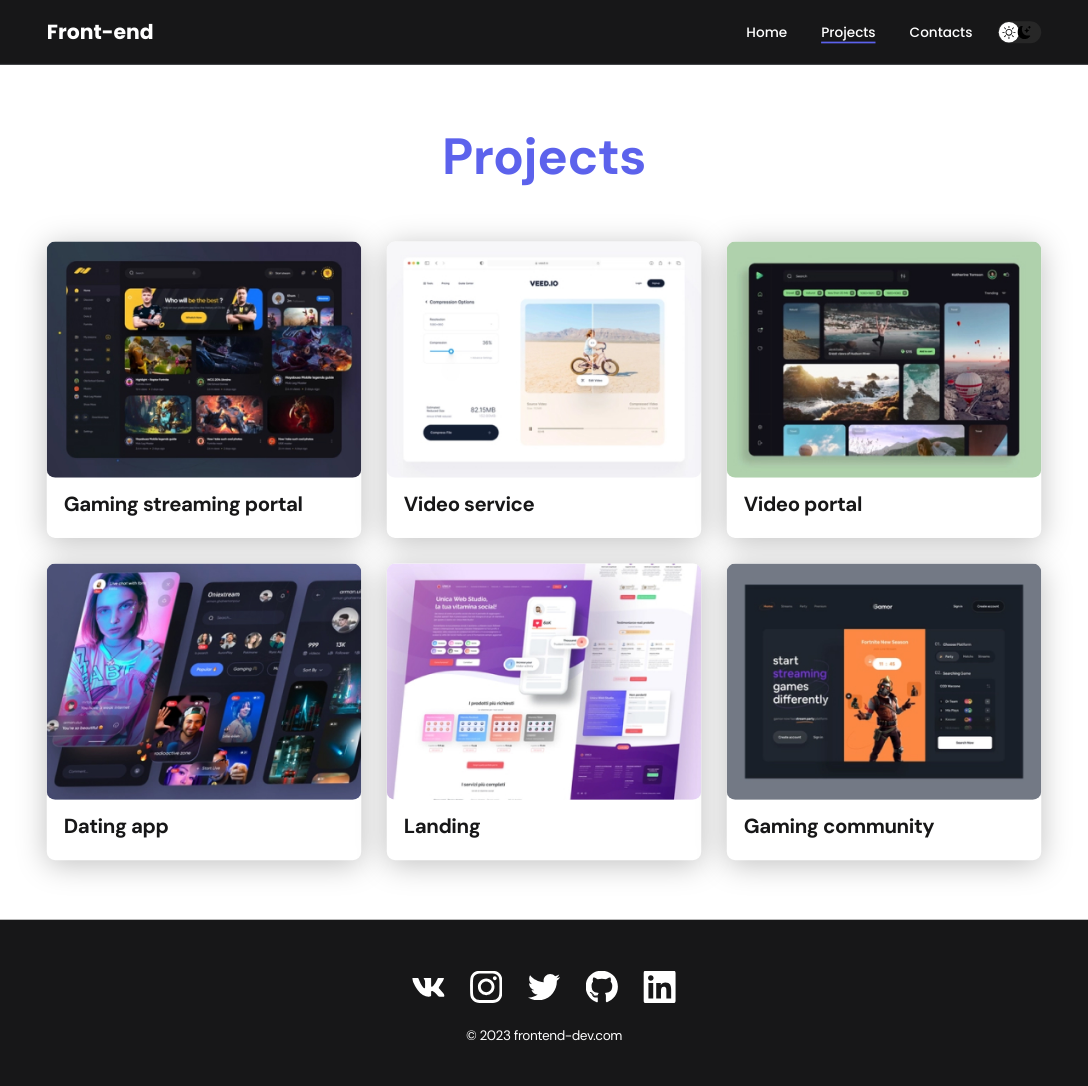
Repository: Azimich/profile
Page: /projects
The author's editor kept a copy of each file at every save. The page is drawn from the files as they stood at one save, then again after the next save.
The browser window is 1280 px wide. The pictures show the whole page, at 85% of full size.
The project was rebuilt for these pictures with package versions that can differ from the ones it lists, and the page was loaded fresh each time. Also part of the build but not shown: src/components/mainContacts/MainContacts.css, src/components/mainContacts/MockData.ts, src/components/mainContacts/MainContacts.tsx, src/pages/Contacts.tsx, src/components/button/Button.css, src/components/button/Button.tsx, src/components/header/Header.css, src/components/header/Header.tsx and 9 more.

Above is the page before, as saved 2023-01-31 22:44:36.

After the next save:
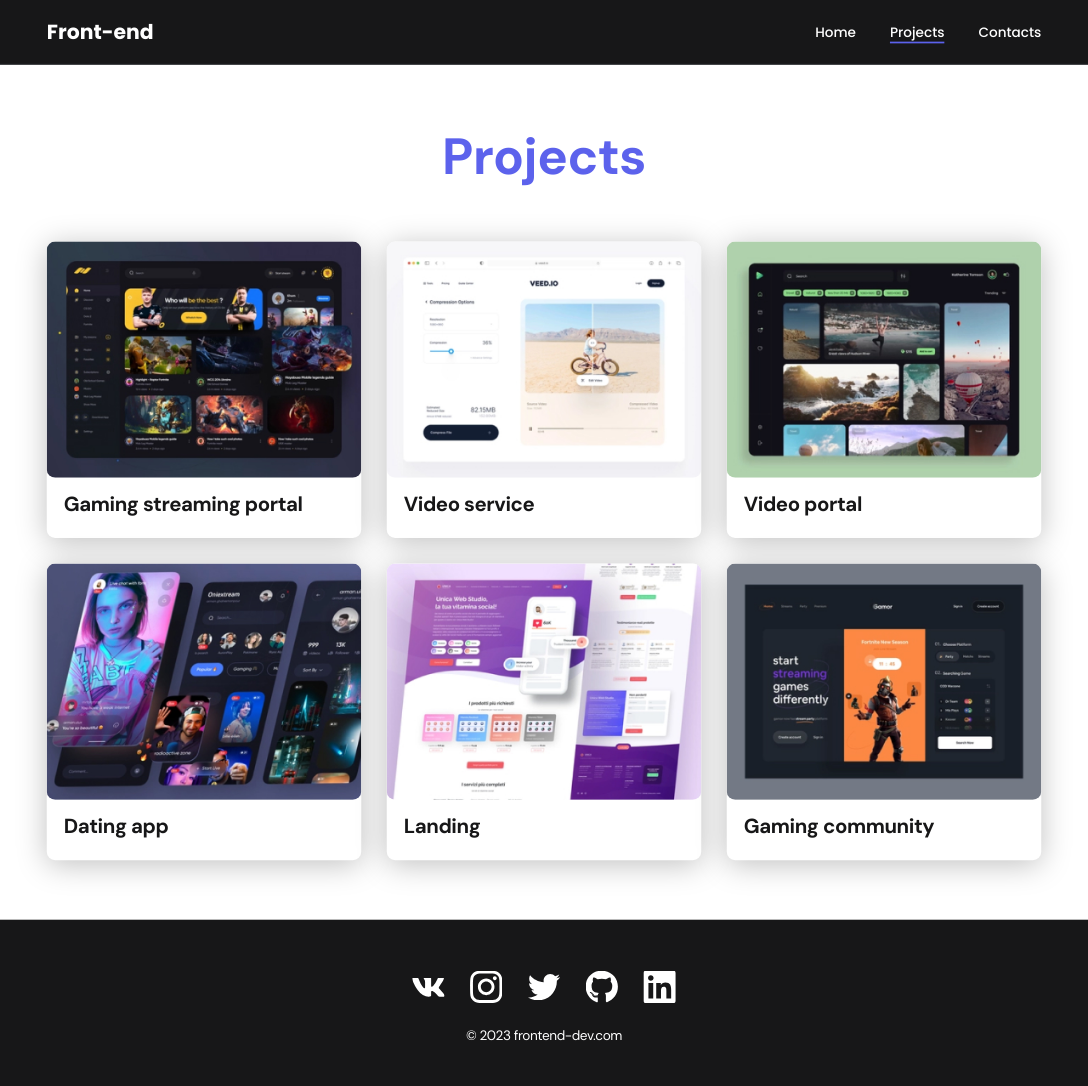
Saved 34 s later.
--- a/src/components/navbar/Navbar.tsx
+++ b/src/components/navbar/Navbar.tsx
@@ -25,18 +25,7 @@ const Navbar: FC<INavbar> = () => {
           <NavLink to={'/'} className="logo">
             <strong>Front-end</strong>
           </NavLink>
-          <button className="dark-mode-btn">
-            {INavData.map((items) => {
-              return (
-                <img
-                  src={items.img}
-                  alt={items.name}
-                  key={items.id}
-                  className="dark-mode-btn__icon"
-                />
-              );
-            })}
-          </button>
+
 
           <ul className="nav-list">
             {INavData.map((links) => {
